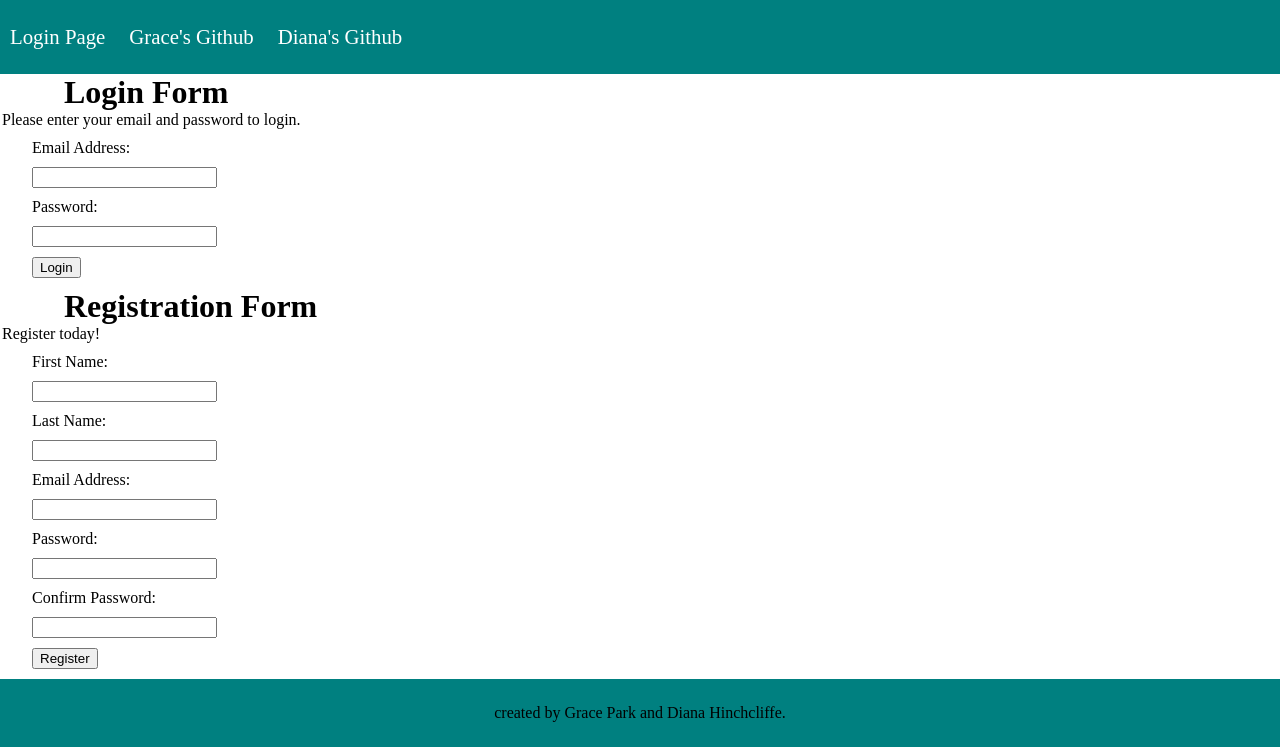
Repository: developergrace/cosw30
Page: http://localhost/labwork/lab2/login.php
The author's editor kept a record of every edit. The page is drawn from the files as they stood at one moment, then again after the next edit.
The browser window is 1280 px wide. The pictures show the whole page.
The page is run by PHP 8.4 with error messages shown; the project is at /var/www/html/.

Above is the page before.

After the next edit:
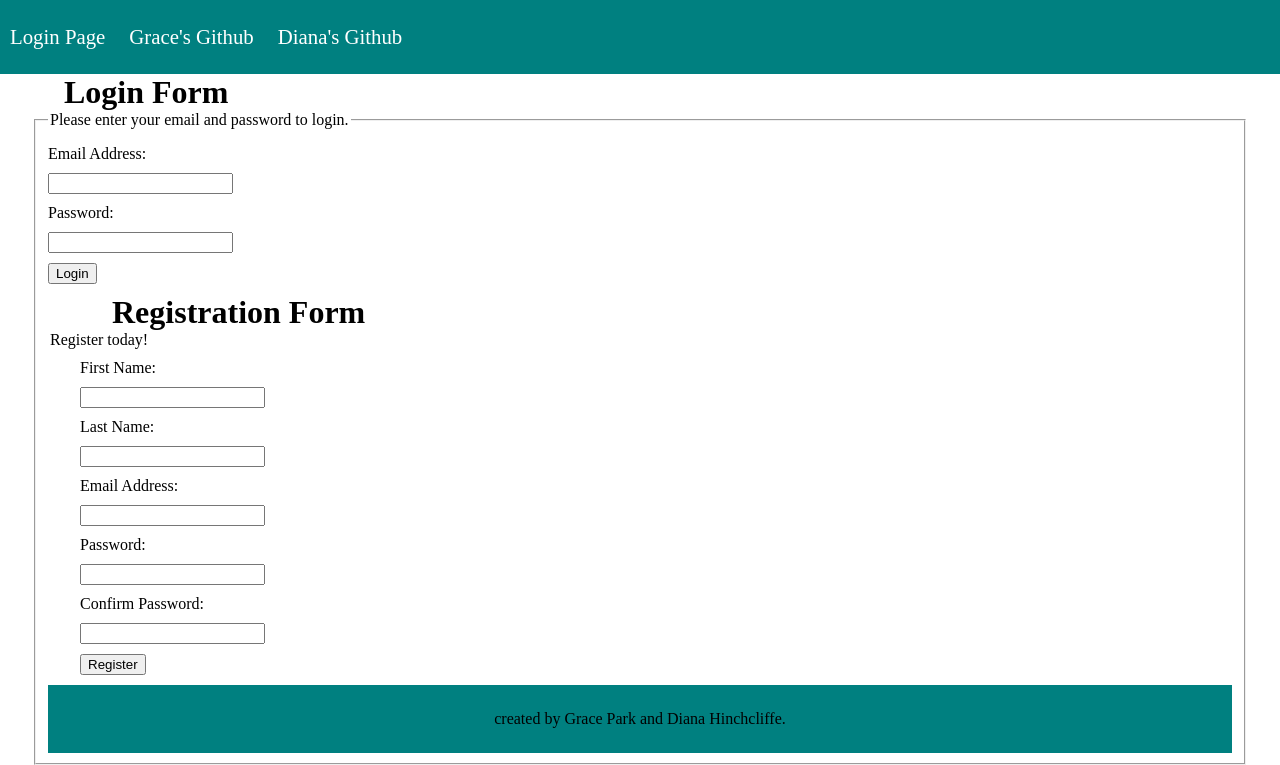
The edit:
--- a/labwork/lab2/login.php
+++ b/labwork/lab2/login.php
@@ -43,8 +43,8 @@
         </header>
 
         <h1>Login Form</h1>
-        <legend>Please enter your email and password to login.</legend>
         <form method="POST" action="process_login.php">
+            <fieldset><legend>Please enter your email and password to login.</legend>
             <label for="log_email">Email Address:</label>
             <input name="email" id="log_email" type="email" required>
 
